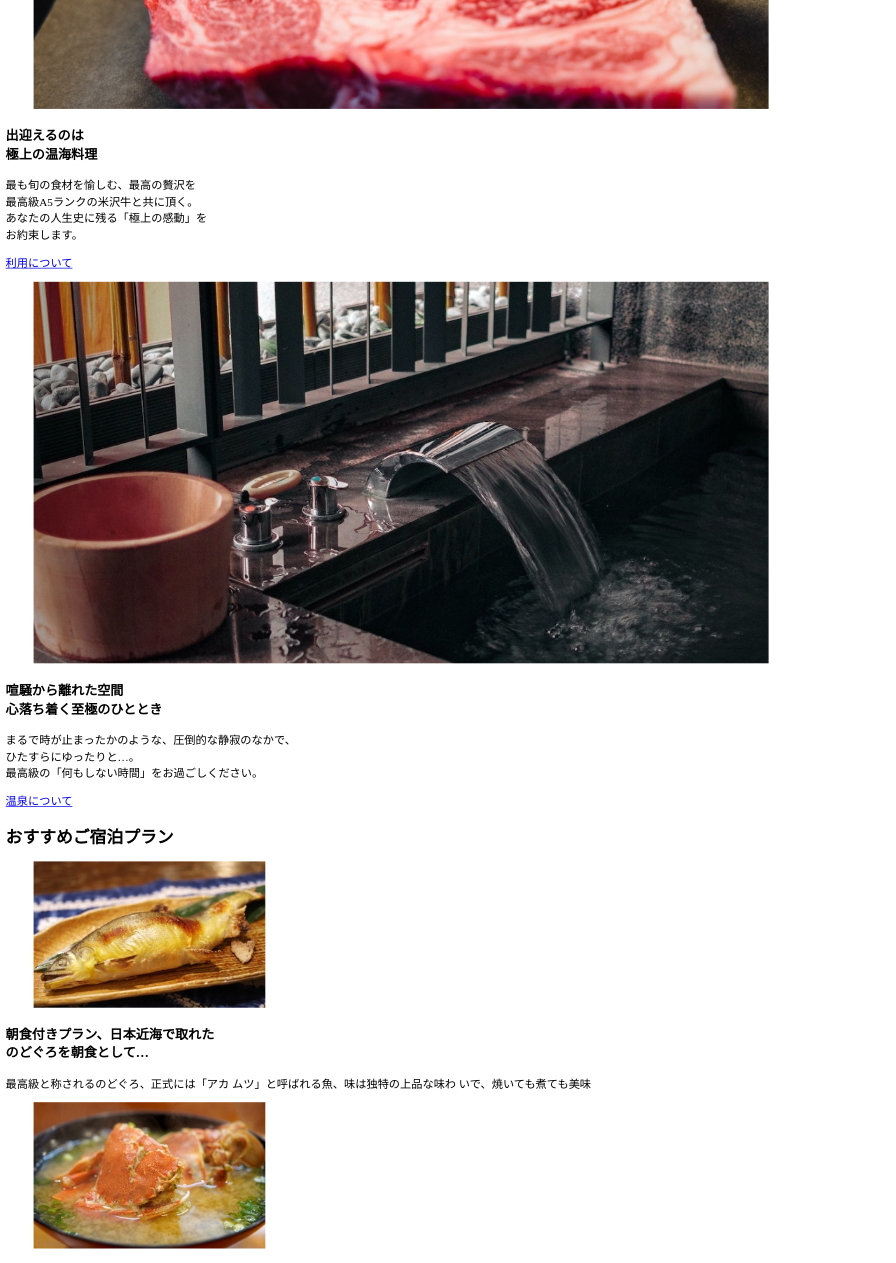
Repository: yuukiyokoyama/compex1
Page: index.html
The author's editor kept a copy of each file at every save. The page is drawn from the files as they stood at one save, then again after the next save.
The browser window is 1280 px wide. The pictures show the part of the page from y = 2181 to 4101 px (the page is 3985 px tall before and 4101 px after), at 70% of full size.

Above is the page before, as saved 2021-09-17 01:06:49.

After the next save:
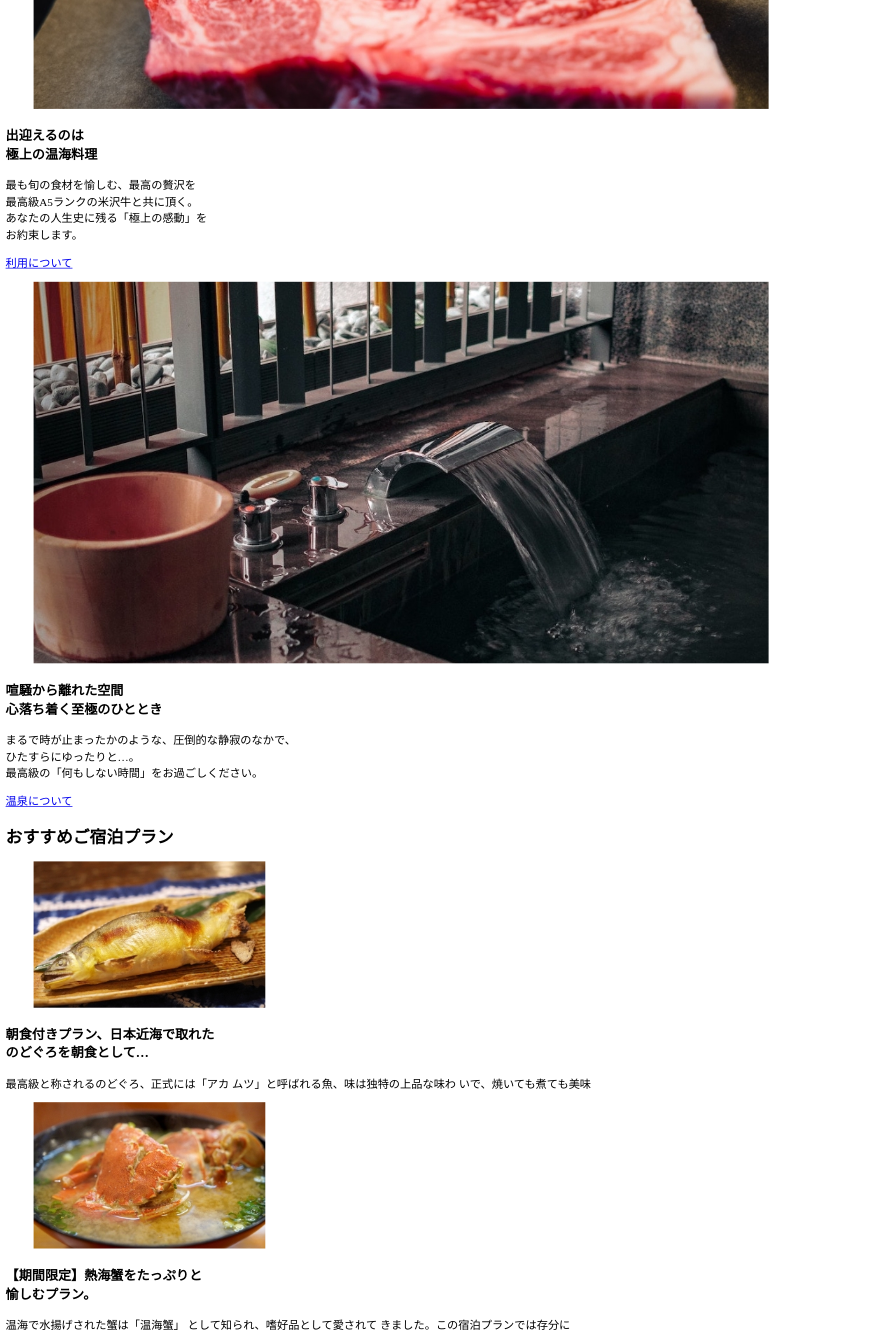
Saved 63 s later.
--- a/index.html
+++ b/index.html
@@ -272,7 +272,16 @@
                   class="lodging-plan__body aos-init aos-animate"
                   data-aos="fade-up"
                   data-aos-duration="2000"
-                ></div>
+                >
+                  <h3 class="lodging-plan__title">
+                    【期間限定】熱海蟹をたっぷりと<br />
+                    愉しむプラン。
+                  </h3>
+                  <p class="lodging-plan__text">
+                    温海で水揚げされた蟹は「温海蟹」 として知られ、嗜好品として愛されて
+                    きました。この宿泊プランでは存分に
+                  </p>
+                </div>
               </div>
               <!-- lodging-plans_item -->
               <div class="lodging-plans_item"></div>
